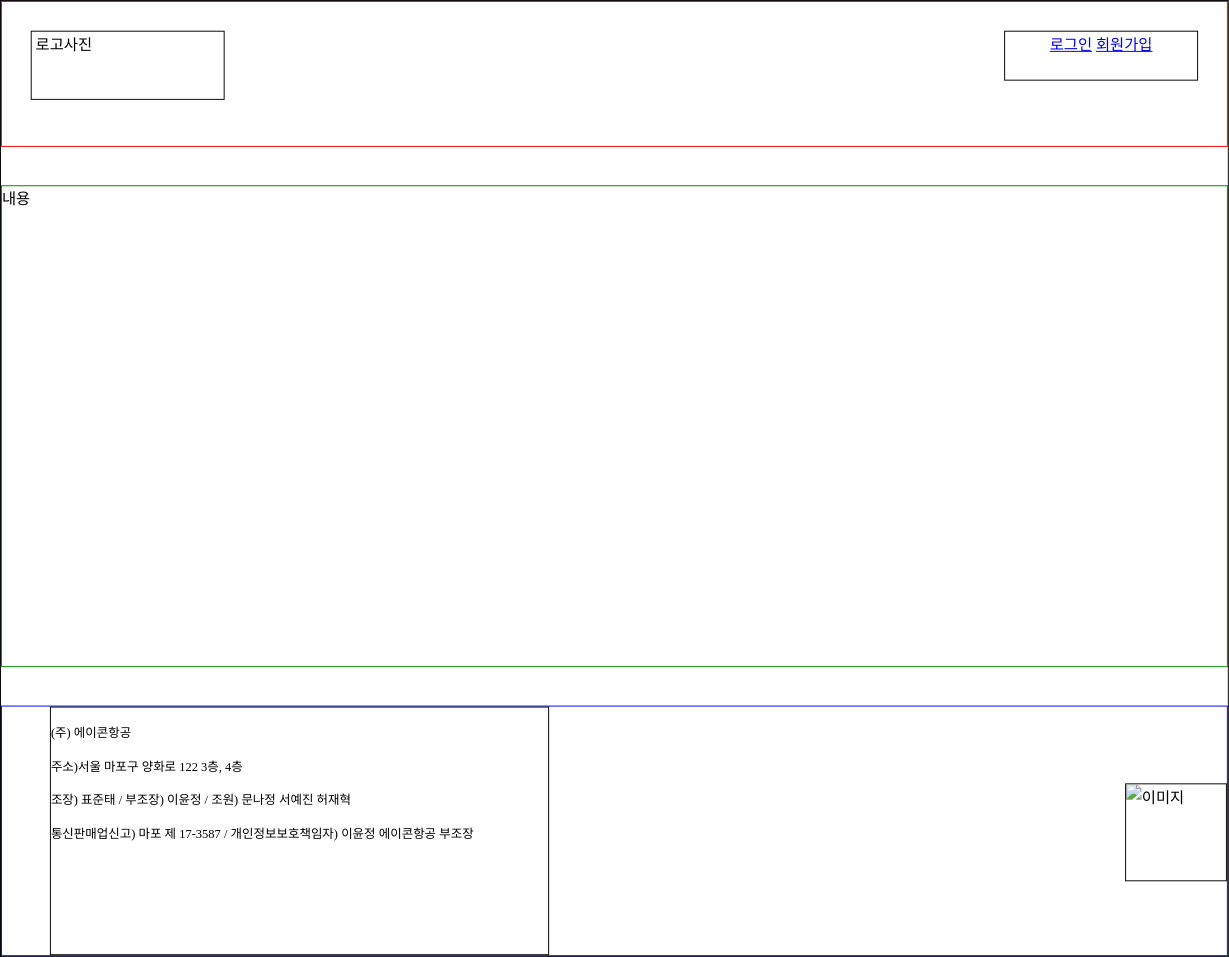
Repository: juntae710/Acorn_AirlineReservation_Project
Page: http://localhost/prj3_1/WEB-INF/views/h_index.jsp
These files come from the project's save history. The page is drawn as it stood at one moment and after the next save; the edit follows.
The browser window is 1280 px wide. The pictures show the whole page, at 96% of full size.
The page is served by Tomcat 9. Nobody is signed in. The template is opened directly, without the code that normally fills it, so the values that code supplies are empty.

Above is the page before, as saved 2023-09-20 01:47:01.
Not found: Eclipse/prj3_1/prj3_1/WEB-INF/views/..img/acornairport.png

After the next save:
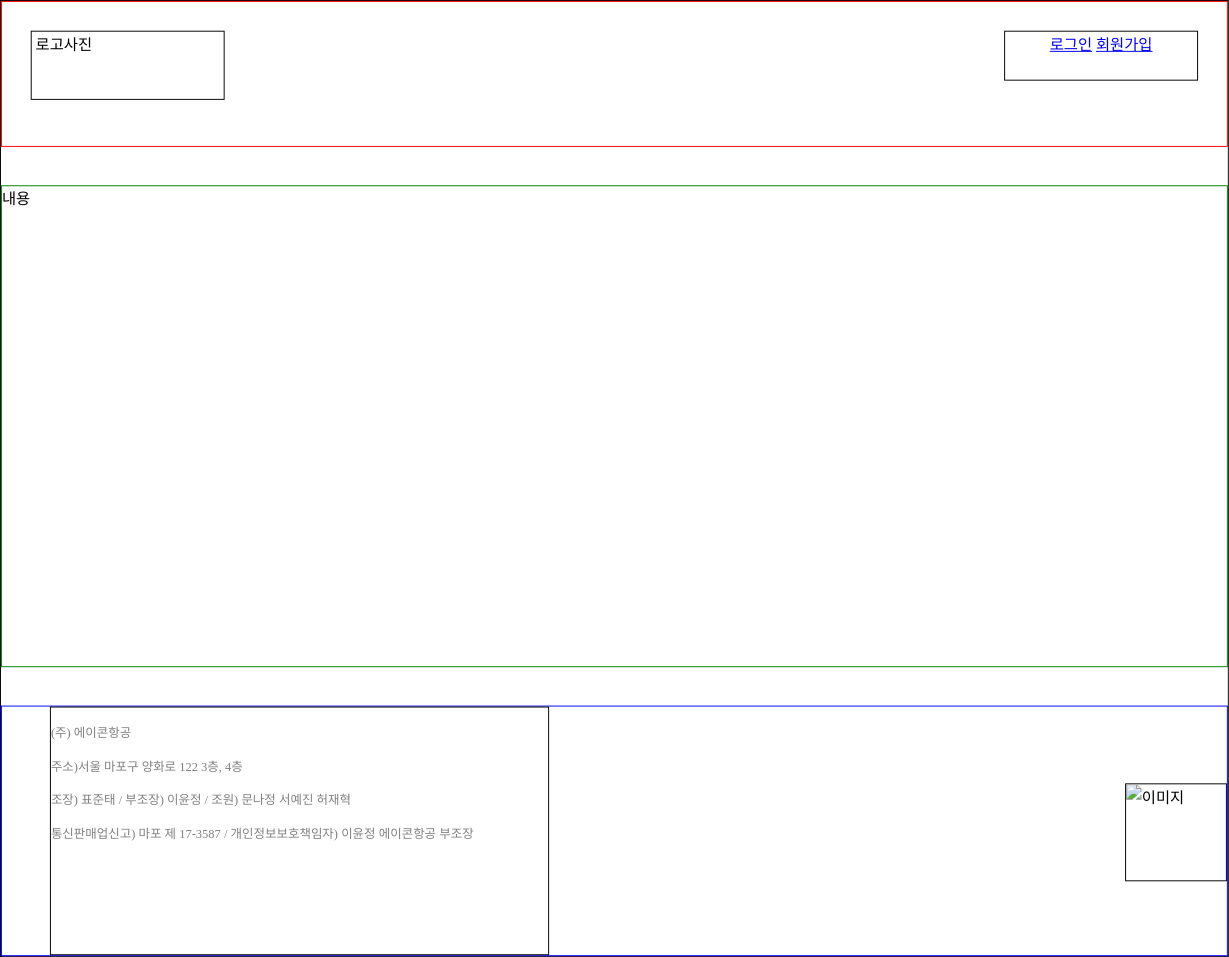
Saved 19 s later.
--- a/Eclipse/prj3_1/src/main/webapp/WEB-INF/views/h_index.jsp
+++ b/Eclipse/prj3_1/src/main/webapp/WEB-INF/views/h_index.jsp
@@ -59,6 +59,7 @@ footer {
 	margin-left: 50px;
 	width: 1000px;
 	font-size: 13px;
+	color: gray;
 }
 
 .footer_img {
